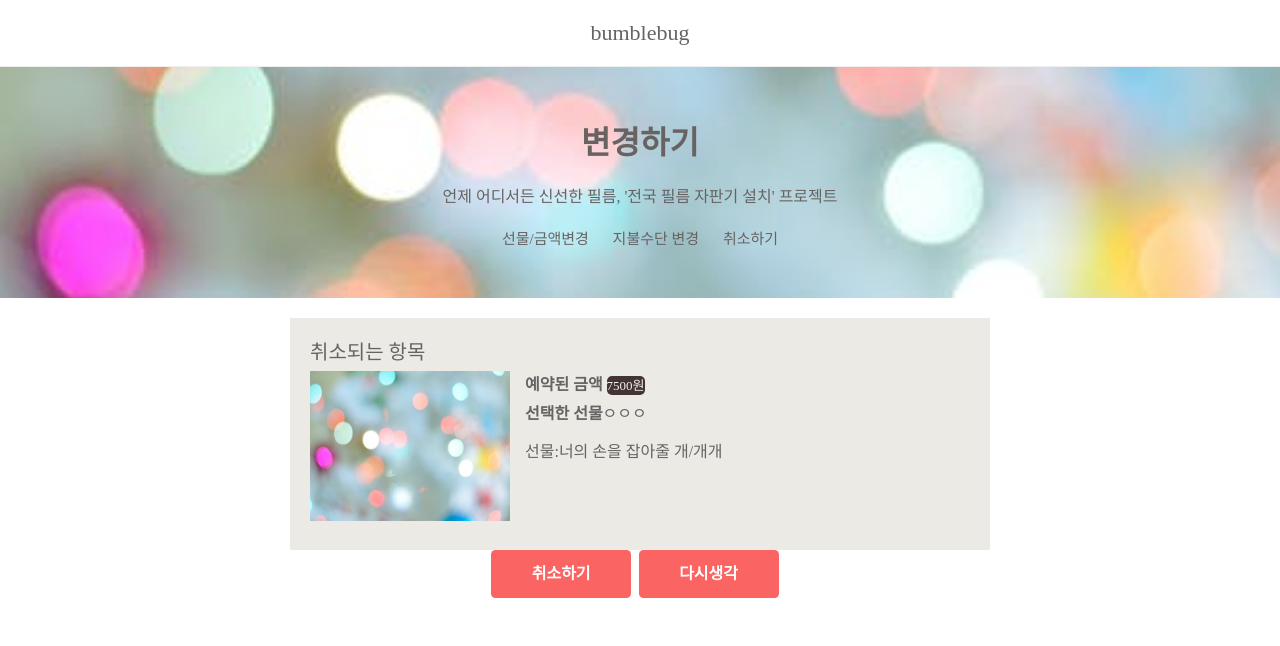
Repository: fepanbr/bumblbug
Page: http://localhost/WebProject/Mypage/changeItem_cancel.jsp
The author's editor kept a copy of each file at every save. The page is drawn from the files as they stood at one save, then again after the next save.
The browser window is 1280 px wide. The pictures show the whole page.
The page is served by Tomcat 9.

Above is the page before, as saved 2019-06-01 14:33:28.

After the next save:
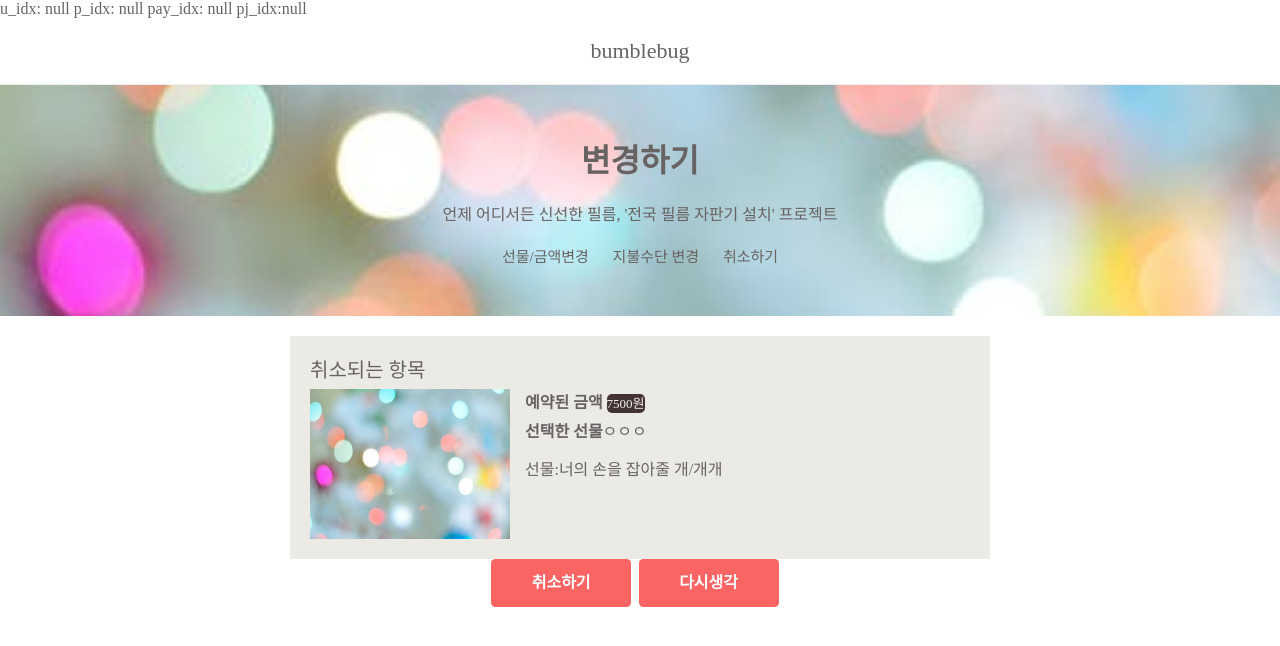
Saved 93 s later.
--- a/WebProject/WebContent/Mypage/changeItem_cancel.jsp
+++ b/WebProject/WebContent/Mypage/changeItem_cancel.jsp
@@ -4,6 +4,13 @@
 
     <%
     String p_idx = request.getParameter("p_idx");
+    String pay_idx = request.getParameter("pay_idx");
+    String u_idx = (String) session.getAttribute("u_idx");
+    String pj_idx = (String) session.getAttribute("pj_idx");
+    out.println("u_idx: "+u_idx);
+    out.println("p_idx: " +p_idx);
+    out.println("pay_idx: " + pay_idx);
+    out.println("pj_idx:" + pj_idx);
 
     %>
 <!DOCTYPE html>
